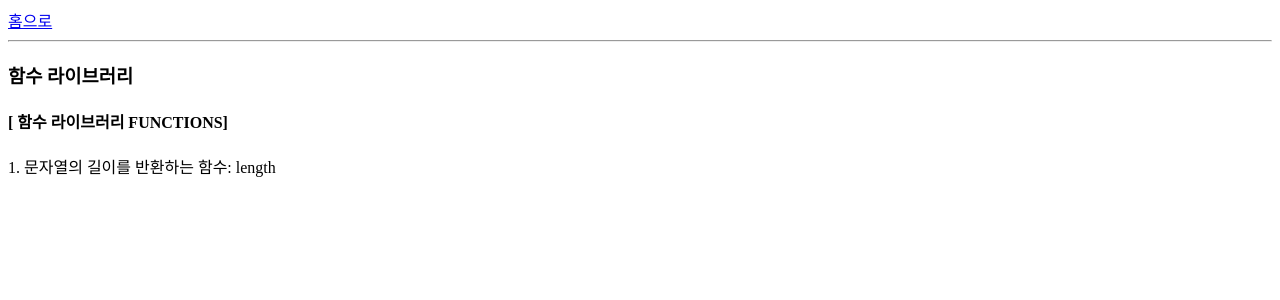
Repository: linklifejo/study_web
Page: http://localhost/servlet02/jstl/functions.jsp
These files come from the project's save history. The page is drawn as it stood at one moment and after the next save; the edit follows.
The browser window is 1280 px wide. The pictures show the whole page.
The page is served by Tomcat 9. Other server files are loaded and not shown.

Above is the page before, as saved 2023-02-08 01:38:41.

### servlet02/src/main/webapp/jstl/functions.jsp
<%@ page language="java" contentType="text/html; charset=UTF-8"
    pageEncoding="UTF-8"%>
<%@ taglib uri="http://java.sun.com/jsp/jstl/core" prefix="c"%>
<!DOCTYPE html>
<html>
<head>
<meta charset="UTF-8">
<title>Insert title here</title>
</head>
<body>
<a href='<c:url value="/"/>'>홈으로</a>
<hr>
<h3>함수 라이브러리</h3>

<c:set var="title" value="  함수 라이브러리 FUNCTIONS" />
<h4>[${title}]</h4>
<div>1. 문자열의 길이를 반환하는 함수: length</div>














</body>
</html>

After the next save:
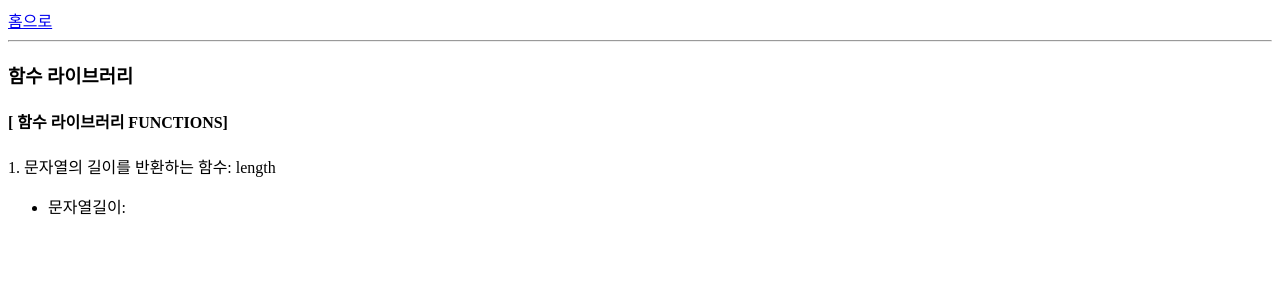
Saved 29 s later.
--- a/servlet02/src/main/webapp/jstl/functions.jsp
+++ b/servlet02/src/main/webapp/jstl/functions.jsp
@@ -15,6 +15,9 @@
 <c:set var="title" value="  함수 라이브러리 FUNCTIONS" />
 <h4>[${title}]</h4>
 <div>1. 문자열의 길이를 반환하는 함수: length</div>
+<ul>
+	<li>문자열길이: </li>
+</ul>
 
 
 
